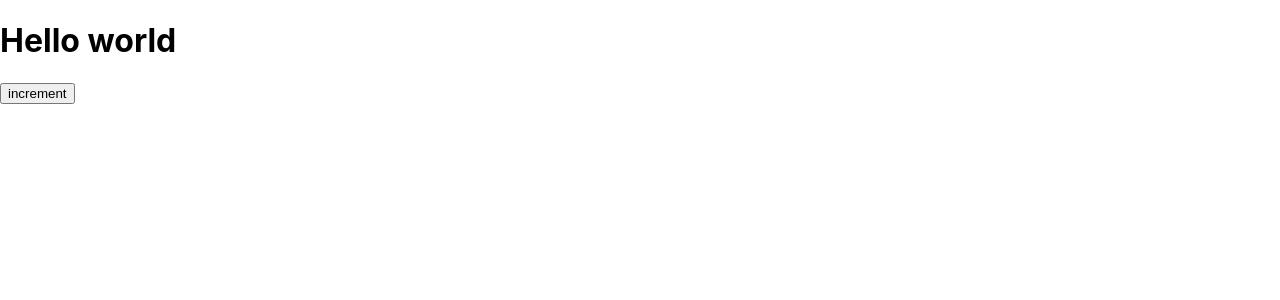
Repository: AvinashLikesToLearnNewStuff/Counter_app
Page: /
An editor plug-in stored every save of this project. The page is shown before and after a run of saves, followed by the edit.
The browser window is 1280 px wide. The pictures show the whole page.
The project was rebuilt for these pictures with package versions that can differ from the ones it lists, and the page was loaded fresh each time. Also part of the build but not shown: src/components/navbar.jsx, src/App.css, src/App.js. Imported but missing from the stored project, and not drawn on this page: src/components/counters.

Above is the page before, as saved 2023-02-26 21:09:05.

After the next 2 saves:
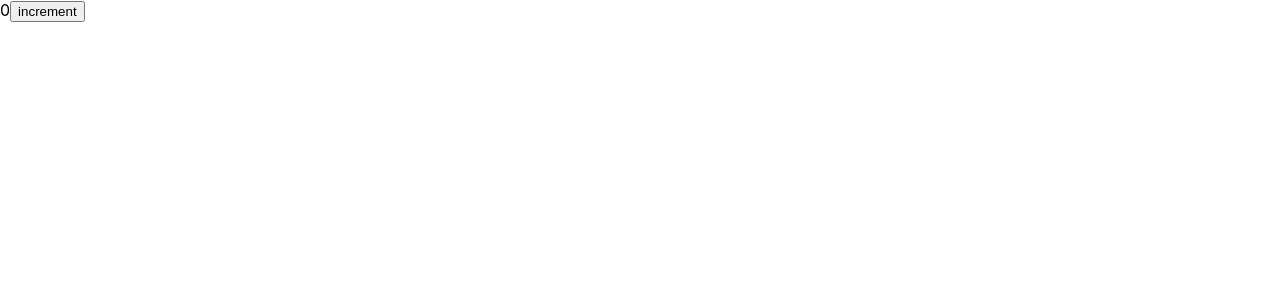
The 2 saves are shown as one change because 1 did not build or start.
The last was saved 12 h 2 min later.
--- a/src/components/counter.jsx
+++ b/src/components/counter.jsx
@@ -1,10 +1,14 @@
 import React, { Component } from "react";
 
 class Counter extends Component {
+  state = {
+    count: 0,
+  };
+
   render() {
     return (
       <React.Fragment>
-        <h1>Hello world</h1>
+        <span>{this.state.count}</span>
         <button>increment</button>
       </React.Fragment>
     );
